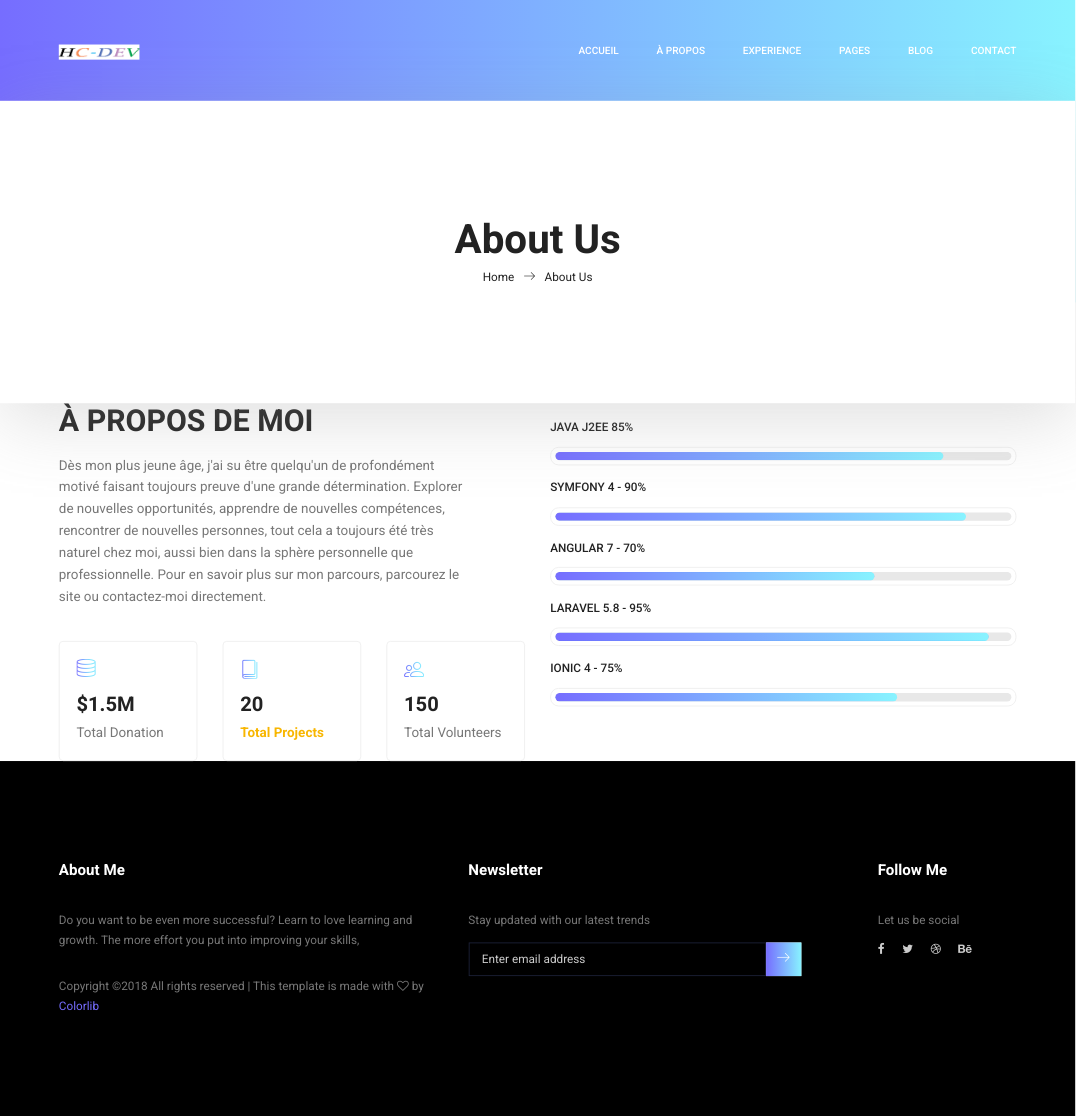
Repository: ChaabeneHabib/habib-chaabene
Page: about-us.html
The author's editor kept a copy of each file at every save. The page is drawn from the files as they stood at one save, then again after the next save.
The browser window is 1280 px wide. The page is 1281 px wide, then 1280 px, so the pictures cover 1281 px, including what lies to the right of the window. The pictures show the whole page, at 84% of full size.

Above is the page before, as saved 2019-12-23 16:38:44.

### about-us.html
<!doctype html>
<html lang="en">
    <head>
        <!-- Required meta tags -->
        <meta charset="utf-8">
        <meta name="viewport" content="width=device-width, initial-scale=1, shrink-to-fit=no">
        <link rel="icon" href="img/favicon.png" type="image/png">
        <title>MeetMe Personal</title>
        <!-- Bootstrap CSS -->
        <link rel="stylesheet" href="css/bootstrap.css">
        <link rel="stylesheet" href="vendors/linericon/style.css">
        <link rel="stylesheet" href="css/font-awesome.min.css">
        <link rel="stylesheet" href="vendors/owl-carousel/owl.carousel.min.css">
        <link rel="stylesheet" href="vendors/lightbox/simpleLightbox.css">
        <link rel="stylesheet" href="vendors/nice-select/css/nice-select.css">
        <link rel="stylesheet" href="vendors/animate-css/animate.css">
        <link rel="stylesheet" href="vendors/popup/magnific-popup.css">
        <!-- main css -->
        <link rel="stylesheet" href="css/style.css">
        <link rel="stylesheet" href="css/responsive.css">
    </head>
    <body>

        <!--================Header Menu Area =================-->
		<header class="header_area">
			<div class="main_menu">
				<nav class="navbar navbar-expand-lg navbar-light">
					<div class="container box_1620">
						<!-- Brand and toggle get grouped for better mobile display -->
						<a class="navbar-brand logo_h" href="index.html" ><img src="img/logoo.png" alt=""></a>
						<button class="navbar-toggler" type="button" data-toggle="collapse"
							data-target="#navbarSupportedContent" aria-controls="navbarSupportedContent" aria-expanded="false"
							aria-label="Toggle navigation">
							<span class="icon-bar"></span>
							<span class="icon-bar"></span>
							<span class="icon-bar"></span>
						</button>
						<!-- Collect the nav links, forms, and other content for toggling -->
						<div class="collapse navbar-collapse offset" id="navbarSupportedContent">
							<ul class="nav navbar-nav menu_nav ml-auto">
								<li class="nav-item active"><a class="nav-link" href="index.html">Accueil</a></li>
								<li class="nav-item"><a class="nav-link" href="about-us.html">À propos</a></li>
								<li class="nav-item"><a class="nav-link" href="services.html">Experience</a></li>
								<li class="nav-item submenu dropdown">
									<a  class="nav-link dropdown-toggle" data-toggle="dropdown" role="button"
										aria-haspopup="true" aria-expanded="false" rel="no-follow">Pages</a>
									<ul class="dropdown-menu">
										<li class="nav-item">
											<a class="nav-link" href="https://habibchaabene2016.wixsite.com/habibchaabene">Portfolio</a></li>
										<!--

										<li class="nav-item"><a class="nav-link" href="elements.html">Elements</a></li>

									 -->
									</ul>
								</li>
								<li class="nav-item submenu dropdown">
									<a href="#" class="nav-link dropdown-toggle" data-toggle="dropdown" role="button"
										aria-haspopup="true" aria-expanded="false">Blog</a>
									<ul class="dropdown-menu">
										<li class="nav-item"><a class="nav-link" href="blog.html">Blog</a></li>
										<li class="nav-item"><a class="nav-link" href="single-blog.html">Blog Details</a></li>
									</ul>
								</li>
								<li class="nav-item"><a class="nav-link" href="contact.html">Contact</a></li>
							</ul>
						</div>
					</div>
				</nav>
			</div>
		</header>
        <!--================Header Menu Area =================-->

        <!--================Home Banner Area =================-->
        <section class="banner_area">
            <div class="box_1620">
				<div class="banner_inner d-flex align-items-center">
					<div class="container">
						<div class="banner_content text-center">
							<h2>About Us</h2>
							<div class="page_link">
								<a href="index.html">Home</a>
								<a href="about-us.html">About Us</a>
							</div>
						</div>
					</div>
				</div>
            </div>
        </section>
        <!--================End Home Banner Area =================-->


        <!--================Home Banner Area =================-->
        <section class="profile_area">
           	<div class="container">
				<div class="row welcome_inner">
					<div class="col-lg-6">
						<div class="welcome_text">
							<h4> À PROPOS DE MOI
							</h4>
							<p>Dès mon plus jeune âge, j'ai su être quelqu'un de profondément motivé faisant toujours preuve
								d'une grande détermination. Explorer de nouvelles opportunités, apprendre de nouvelles
								compétences, rencontrer de nouvelles personnes, tout cela a toujours été très naturel chez
								moi, aussi bien dans la sphère personnelle que professionnelle. Pour en savoir plus sur mon
								parcours, parcourez le site ou contactez-moi directement.</p>
							<div class="row">
								<div class="col-md-4">
									<div class="wel_item">
										<i class="lnr lnr-database"></i>
										<h4>$1.5M</h4>
										<p>Total Donation</p>
									</div>
								</div>
								<div class="col-md-4">
									<div class="wel_item">
										<i class="lnr lnr-book"></i>
										<h4>20</h4>
										<p> <b> Total Projects</b></p>
									</div>
								</div>
								<div class="col-md-4">
									<div class="wel_item">
										<i class="lnr lnr-users"></i>
										<h4>150</h4>
										<p>Total Volunteers</p>
									</div>
								</div>
							</div>
						</div>
					</div>
					<div class="col-lg-6">
						<div class="tools_expert">
							<div class="skill_main">
								<div class="skill_item">
									<h4>JAVA J2EE <span class="counter">85</span>%</h4>
									<div class="progress_br">
										<div class="progress">
											<div class="progress-bar" role="progressbar" aria-valuenow="85"
												aria-valuemin="0" aria-valuemax="100"></div>
										</div>
									</div>
								</div>
								<div class="skill_item">
									<h4> SYMFONY 4 - <span class="counter">90</span>%</h4>
									<div class="progress_br">
										<div class="progress">
											<div class="progress-bar" role="progressbar" aria-valuenow="90"
												aria-valuemin="0" aria-valuemax="100"></div>
										</div>
									</div>
								</div>
								<div class="skill_item">
									<h4>ANGULAR 7 - <span class="counter">70</span>%</h4>
									<div class="progress_br">
										<div class="progress">
											<div class="progress-bar" role="progressbar" aria-valuenow="70"
												aria-valuemin="0" aria-valuemax="100"></div>
										</div>
									</div>
								</div>
								<div class="skill_item">
									<h4>LARAVEL 5.8 - <span class="counter">95</span>%</h4>
									<div class="progress_br">
										<div class="progress">
											<div class="progress-bar" role="progressbar" aria-valuenow="95"
												aria-valuemin="0" aria-valuemax="100"></div>
										</div>
									</div>
								</div>

								<div class="skill_item">
									<h4>IONIC 4 - <span class="counter">75</span>%</h4>
									<div class="progress_br">
										<div class="progress">
											<div class="progress-bar" role="progressbar" aria-valuenow="75"
												aria-valuemin="0" aria-valuemax="100"></div>
										</div>
									</div>
								</div>
							</div>
						</div>
					</div>
				</div>
            </div>
        </section>
        <!--================End Home Banner Area =================-->

        <!--================Welcome Area =================-->

        <!--================End Welcome Area =================-->

        <!--================Testimonials Area =================-->

        <!--================End Testimonials Area =================-->

        <!--================Footer Area =================-->
        <footer class="footer_area p_120">
        	<div class="container">
        		<div class="row footer_inner">
        			<div class="col-lg-5 col-sm-6">
        				<aside class="f_widget ab_widget">
        					<div class="f_title">
        						<h3>About Me</h3>
        					</div>
        					<p>Do you want to be even more successful? Learn to love learning and growth. The more effort you put into improving your skills,</p>
        					<p><!-- Link back to Colorlib can't be removed. Template is licensed under CC BY 3.0. -->
Copyright &copy;<script>document.write(new Date().getFullYear());</script> All rights reserved | This template is made with <i class="fa fa-heart-o" aria-hidden="true"></i> by <a href="https://colorlib.com" target="_blank">Colorlib</a>
<!-- Link back to Colorlib can't be removed. Template is licensed under CC BY 3.0. --></p>
        				</aside>
        			</div>
        			<div class="col-lg-5 col-sm-6">
        				<aside class="f_widget news_widget">
        					<div class="f_title">
        						<h3>Newsletter</h3>
        					</div>
        					<p>Stay updated with our latest trends</p>
        					<div id="mc_embed_signup">
                                <form target="_blank" action="https://spondonit.us12.list-manage.com/subscribe/post?u=1462626880ade1ac87bd9c93a&amp;id=92a4423d01" method="get" class="subscribe_form relative">
                                	<div class="input-group d-flex flex-row">
                                        <input name="EMAIL" placeholder="Enter email address" onfocus="this.placeholder = ''" onblur="this.placeholder = 'Email Address '" required="" type="email">
                                        <button class="btn sub-btn"><span class="lnr lnr-arrow-right"></span></button>
                                    </div>
                                    <div class="mt-10 info"></div>
                                </form>
                            </div>
        				</aside>
        			</div>
        			<div class="col-lg-2">
        				<aside class="f_widget social_widget">
        					<div class="f_title">
        						<h3>Follow Me</h3>
        					</div>
        					<p>Let us be social</p>
        					<ul class="list">
        						<li><a href="#"><i class="fa fa-facebook"></i></a></li>
        						<li><a href="#"><i class="fa fa-twitter"></i></a></li>
        						<li><a href="#"><i class="fa fa-dribbble"></i></a></li>
        						<li><a href="#"><i class="fa fa-behance"></i></a></li>
        					</ul>
        				</aside>
        			</div>
        		</div>
        	</div>
        </footer>
        <!--================End Footer Area =================-->




        <!-- Optional JavaScript -->
        <!-- jQuery first, then Popper.js, then Bootstrap JS -->
        <script src="js/jquery-3.3.1.min.js"></script>
        <script src="js/popper.js"></script>
        <script src="js/bootstrap.min.js"></script>
        <script src="js/stellar.js"></script>
        <script src="vendors/lightbox/simpleLightbox.min.js"></script>
        <script src="vendors/nice-select/js/jquery.nice-select.min.js"></script>
        <script src="vendors/isotope/imagesloaded.pkgd.min.js"></script>
        <script src="vendors/isotope/isotope.pkgd.min.js"></script>
        <script src="vendors/owl-carousel/owl.carousel.min.js"></script>
        <script src="vendors/popup/jquery.magnific-popup.min.js"></script>
        <script src="js/jquery.ajaxchimp.min.js"></script>
        <script src="vendors/counter-up/jquery.waypoints.min.js"></script>
        <script src="vendors/counter-up/jquery.counterup.min.js"></script>
        <script src="js/mail-script.js"></script>
        <script src="js/theme.js"></script>
    </body>
</html>

Loaded but not shown: css/bootstrap.css (library); vendors/linericon/style.css (library); css/font-awesome.min.css (library); vendors/owl-carousel/owl.carousel.min.css (common file); vendors/lightbox/simpleLightbox.css (library); vendors/nice-select/css/nice-select.css (library); vendors/animate-css/animate.css (library); vendors/popup/magnific-popup.css (library); js/jquery-3.3.1.min.js (library); js/popper.js (library); js/bootstrap.min.js (library); js/stellar.js (library); vendors/lightbox/simpleLightbox.min.js (library); vendors/nice-select/js/jquery.nice-select.min.js (common file); vendors/isotope/imagesloaded.pkgd.min.js (library); vendors/isotope/isotope.pkgd.min.js (library); vendors/owl-carousel/owl.carousel.min.js (library); vendors/popup/jquery.magnific-popup.min.js (library); js/jquery.ajaxchimp.min.js (library); vendors/counter-up/jquery.waypoints.min.js (library); vendors/counter-up/jquery.counterup.min.js (common file); js/theme.js (419 lines, source omitted); js/mail-script.js (31 lines, source omitted); css/style.css (3006 lines, source omitted); css/responsive.css (442 lines, source omitted)

After the next save:
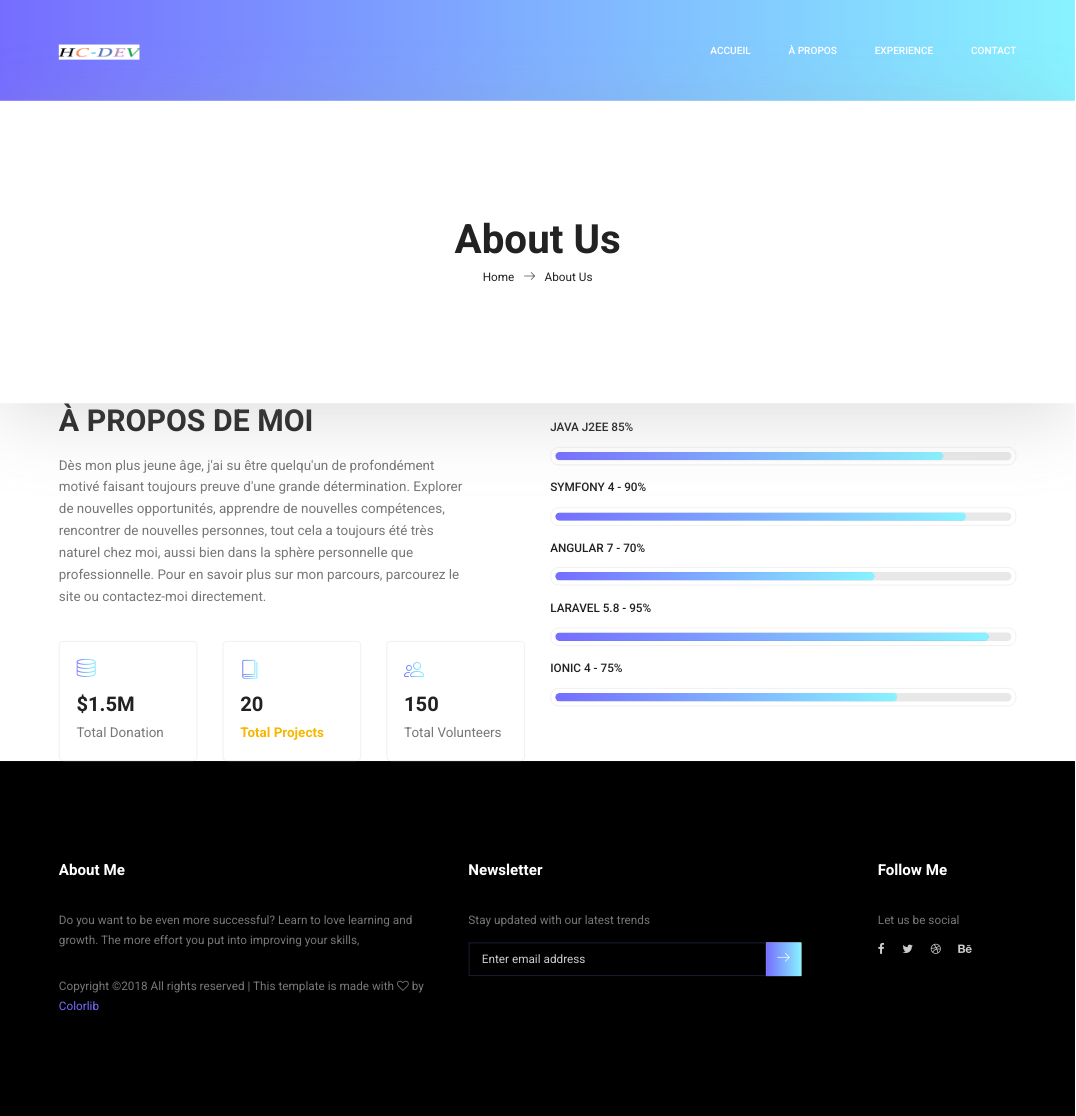
Saved 12 s later.
--- a/about-us.html
+++ b/about-us.html
@@ -41,27 +41,29 @@
 								<li class="nav-item active"><a class="nav-link" href="index.html">Accueil</a></li>
 								<li class="nav-item"><a class="nav-link" href="about-us.html">À propos</a></li>
 								<li class="nav-item"><a class="nav-link" href="services.html">Experience</a></li>
+									<!--
 								<li class="nav-item submenu dropdown">
-									<a  class="nav-link dropdown-toggle" data-toggle="dropdown" role="button"
-										aria-haspopup="true" aria-expanded="false" rel="no-follow">Pages</a>
-									<ul class="dropdown-menu">
-										<li class="nav-item">
-											<a class="nav-link" href="https://habibchaabene2016.wixsite.com/habibchaabene">Portfolio</a></li>
-										<!--
-
-										<li class="nav-item"><a class="nav-link" href="elements.html">Elements</a></li>
-
-									 -->
-									</ul>
-								</li>
-								<li class="nav-item submenu dropdown">
-									<a href="#" class="nav-link dropdown-toggle" data-toggle="dropdown" role="button"
-										aria-haspopup="true" aria-expanded="false">Blog</a>
-									<ul class="dropdown-menu">
-										<li class="nav-item"><a class="nav-link" href="blog.html">Blog</a></li>
-										<li class="nav-item"><a class="nav-link" href="single-blog.html">Blog Details</a></li>
-									</ul>
-								</li>
+								<a  class="nav-link dropdown-toggle" data-toggle="dropdown" role="button"
+									aria-haspopup="true" aria-expanded="false" rel="no-follow">Pages</a>
+								<ul class="dropdown-menu">
+									<li class="nav-item">
+										<a class="nav-link" href="https://habibchaabene2016.wixsite.com/habibchaabene">Portfolio</a></li>
+
+
+									<li class="nav-item"><a class="nav-link" href="elements.html">Elements</a></li>
+
+
+								</ul>
+							</li>
+							<li class="nav-item submenu dropdown">
+								<a href="#" class="nav-link dropdown-toggle" data-toggle="dropdown" role="button"
+									aria-haspopup="true" aria-expanded="false">Blog</a>
+								<ul class="dropdown-menu">
+									<li class="nav-item"><a class="nav-link" href="blog.html">Blog</a></li>
+									<li class="nav-item"><a class="nav-link" href="single-blog.html">Blog Details</a></li>
+								</ul>
+							</li>
+						-->
 								<li class="nav-item"><a class="nav-link" href="contact.html">Contact</a></li>
 							</ul>
 						</div>
